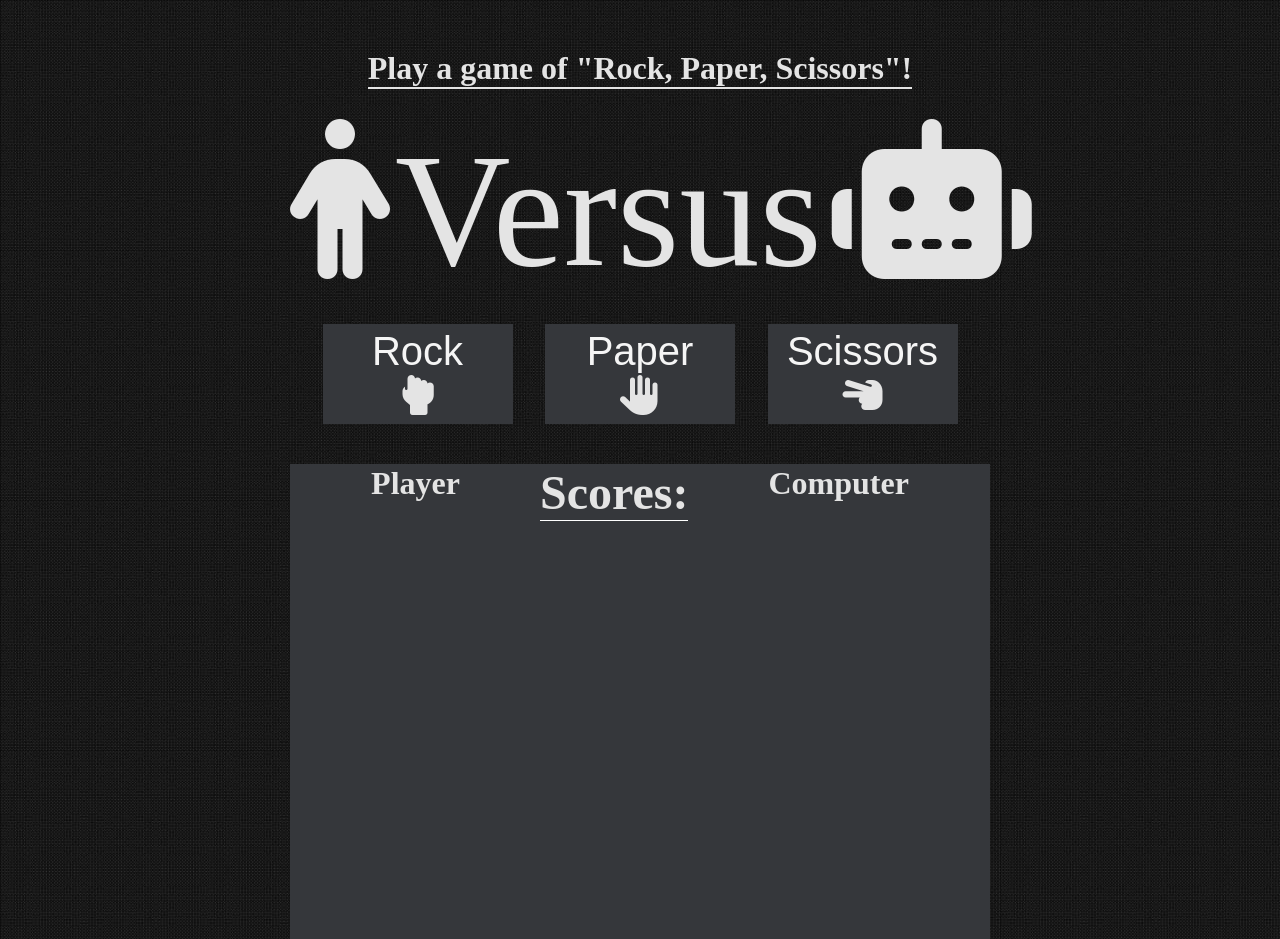
Repository: Pafestivo/rock-paper-scissors
Page: index.html
These files come from the project's save history. The page is drawn as it stood at one moment and after the next save; the edit follows.
The browser window is 1280 px wide. The pictures show the whole page.
Some web libraries are served in a nearby version.

Above is the page before, as saved 2022-10-14 15:33:14.

### index.html
<!DOCTYPE html>
<html lang="en">
<head>
  <meta charset="UTF-8">
  <meta name="viewport" content="width=device-width, initial-scale=1.0">
  <link rel="stylesheet" href="styles.css">
  <script src="js-file.js" defer></script>
  <script src="https://kit.fontawesome.com/e2364af56b.js" crossorigin="anonymous"></script>
  <title>Rock, Paper, Scissors</title>
</head>
<body>

  <header>
    <h1>Play a game of "Rock, Paper, Scissors"!</h1>
  </header>
  <div id="versus">
    <i class="fa-solid fa-person"></i>
    <p>Versus</p>
    <i class="fa-solid fa-robot"></i>
  </div> <!-- /versus -->

  <div class="buttons">
    <button id="rock">
      Rock
      <i class="fa-solid fa-hand-back-fist"></i>
    </button>
    <button id="paper">
      Paper
      <i class="fa-solid fa-hand"></i>
    </button>
    <button id="scissors">
      Scissors
      <i class="fa-solid fa-hand-scissors"></i>
    </button>
  </div> <!-- /buttons -->


  <div id="results">

    <div class="player-scores">
      <h1>Player</h1>
    </div> <!-- /player-scores -->

    <div class="scores">
    <h1 id="scores-header">Scores:</h1>
    </div> <!-- /scores -->

    <div class="comp-scores">
      <h1>Computer</h1>
    </div> <!-- /comp-scores -->

  </div> <!-- /results -->
</body>
</html>

### styles.css
* {
  margin: 0;
  padding: 0;
  box-sizing: border-box;
}

body {
  font-family: serif;
  background-image: url(images/background.jpg);
  color: rgb(228, 228, 228);
}

header {
  width: max-content;
  margin: 50px auto 30px auto;
  border-bottom: 2px solid rgb(228, 228, 228);
}

#versus {
  display: flex;
  width: 700px;
  font-size: 10rem;
  margin: 0 auto 20px auto;
  justify-content: space-evenly;
  color: rgb(228, 228, 228);
}

.fa-robot {
  margin-left: 10px;
  font-size: 10rem;
}

.fa-person {
  font-size: 10rem;
  margin-right: 5px;
}

.buttons {
  display: flex;
  width: 700px;
  margin: 0 auto;
  justify-content: space-evenly;
}

button {
  width: 190px;
  height: 100px;
  background-color: #35373B;
  border: none;
  font-size: 40px;
  color: whitesmoke;
}

button .fa-solid {
  width: 100%;
  color: rgb(228, 228, 228);
}

button:hover {
  cursor: pointer;
  background-color: #56595f;
}

button:focus {
  background-color: #635656;
}

#results {
  display: flex;
  justify-content: space-evenly;
  margin: 40px auto 0 auto;
  width: 700px;
  height: 475px;
  padding: 1px;
  background-color: #35373B;
}

#scores-header {
  font-size: 3em;
  border-bottom: 1px solid white;
}

.round-result {
  margin: 5px;
  text-align: center;
  padding: 0;
}

### js-file.js
//round logic
function playRound(playerSelection, computerSelection) {
  let log = ""

  if (
    (playerSelection === "Rock" && computerSelection === "Paper") ||
    (playerSelection === "Paper" && computerSelection === "Scissors") ||
    (playerSelection === "Scissors" && computerSelection === "Rock")
    ) {
    log = "You lost this round!"
  }
  else if (
    (playerSelection === "Paper" && computerSelection === "Rock") ||
    (playerSelection === "Rock" && computerSelection === "Scissors") ||
    (playerSelection === "Scissors" && computerSelection === "Paper")
  ) {
    log = "You won this round!"
  }
  else if (
    (playerSelection === "Rock" && computerSelection === "Rock") ||
    (playerSelection === "Paper" && computerSelection === "Paper") ||
    (playerSelection === "Scissors" && computerSelection === "Scissors")
  ) {
    log = "This round is a draw!"
  }
  else { //input doesn't match rock, paper, or scissors.
    log = "ERROR! Please choose a valid value."
  }

  return log;
};

//computer selection
function getComputerChoice() {
  const possibleChoices = ["Rock", "Paper", "Scissors"];
  const randomize = Math.floor(Math.random() * possibleChoices.length);
  return(possibleChoices[randomize]);
};


const results = document.querySelector('#results');


//function for each player selection
function rockRound() {
  let computerSelection = getComputerChoice();
  console.log(computerSelection);

  const para = document.createElement('p');
  para.classList.add('round-result');
  para.textContent = playRound("Rock", computerSelection);
  results.appendChild(para);
};

function paperRound() {
  let computerSelection = getComputerChoice();
  console.log(computerSelection);

  const para = document.createElement('p');
  para.classList.add('round-result');
  para.textContent = playRound("Rock", computerSelection);
  results.appendChild(para);
};

function scissorsRound() {
  let computerSelection = getComputerChoice();
  console.log(computerSelection);

  const para = document.createElement('p');
  para.classList.add('round-result');
  para.textContent = playRound("Rock", computerSelection);
  results.appendChild(para);
};
//end of player selection functions


//adding event listeners to each button
const rock = document.querySelector('#rock');
rock.addEventListener("click", rockRound);

const paper = document.querySelector('#paper');
paper.addEventListener("click", paperRound);

const scissors = document.querySelector('#scissors');
scissors.addEventListener("click", scissorsRound);

After the next save:
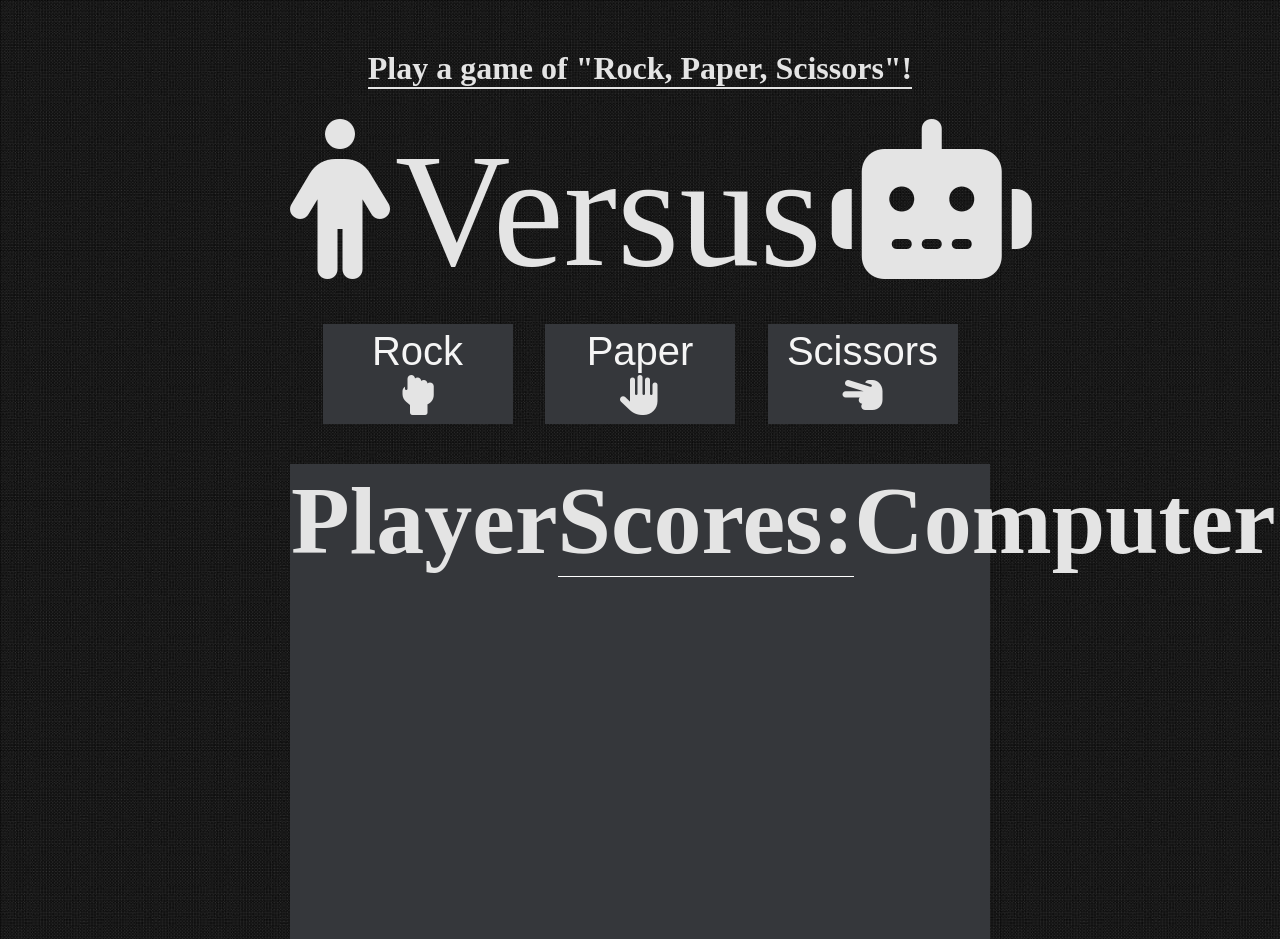
Saved 12 s later.
--- a/styles.css
+++ b/styles.css
@@ -67,6 +67,7 @@ button:focus {
 
 #results {
   display: flex;
+  font-size: 3em;
   justify-content: space-evenly;
   margin: 40px auto 0 auto;
   width: 700px;
@@ -76,7 +77,6 @@ button:focus {
 }
 
 #scores-header {
-  font-size: 3em;
   border-bottom: 1px solid white;
 }
 
